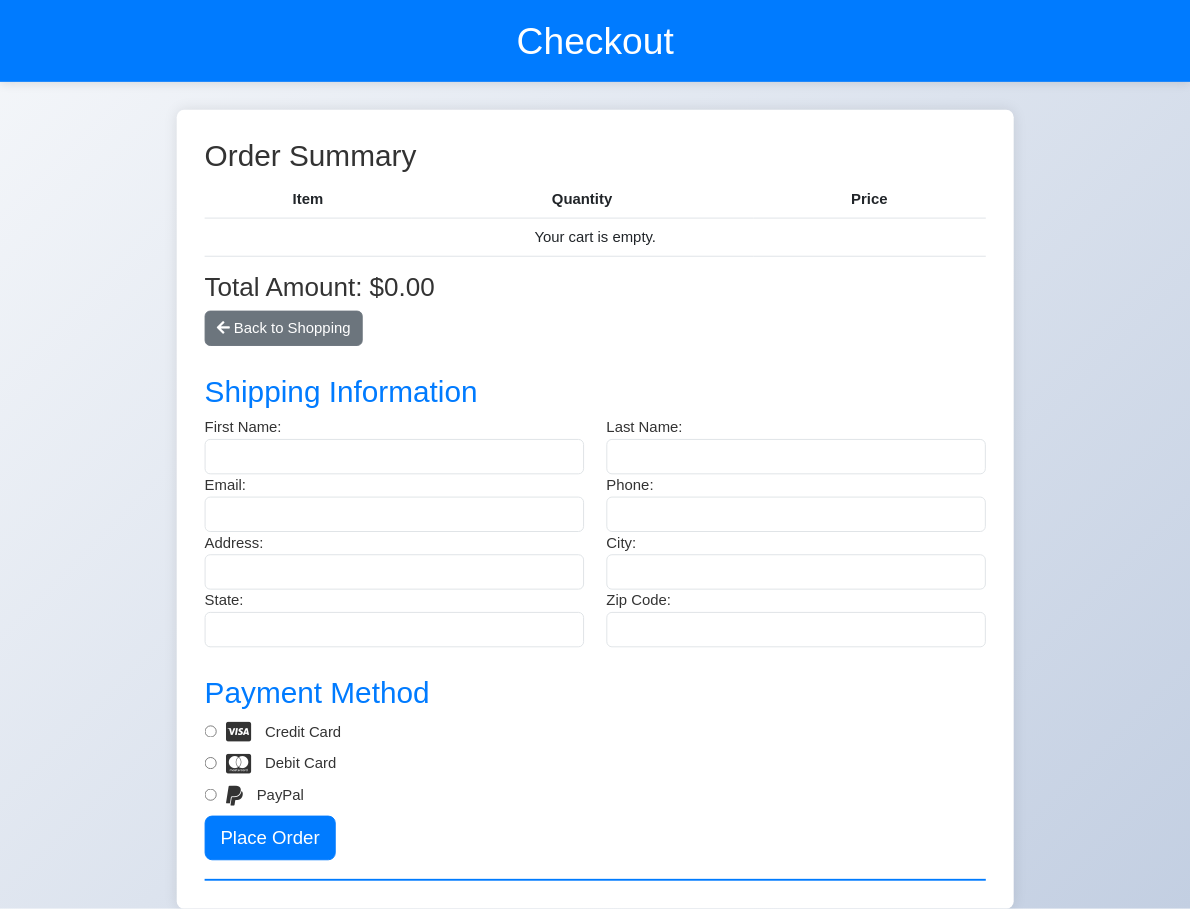
Repository: Masood395/Food-App
Page: http://localhost/FoodApp/checkout.jsp
An editor plug-in stored every save of this project. The page is shown before and after the next save, followed by the edit.
The browser window is 1280 px wide. The pictures show the whole page, at 93% of full size.
The page is served by Tomcat 9. Other server files are loaded and not shown.

Above is the page before, as saved 2024-11-18 17:54:07.

### FoodApp/src/main/webapp/checkout.jsp
<%-- <%@ page language="java" contentType="text/html; charset=UTF-8" pageEncoding="UTF-8"%>
<%@ page import="java.util.*" %>

<!DOCTYPE html>
<html lang="en">
<head>
    <meta charset="UTF-8">
    <title>Checkout</title>
    <link rel="stylesheet" href="https://cdnjs.cloudflare.com/ajax/libs/font-awesome/5.15.4/css/all.min.css">
    <style>
        /* Styling for the checkout form */
        body {
            font-family: 'Arial', sans-serif;
            background: linear-gradient(135deg, #f5f7fa, #c3cfe2);
            color: #333;
            display: flex;
            justify-content: center;
            align-items: center;
            height: 100vh;
            margin: 0;
        }

        .checkout-container {
            background: white;
            padding: 30px;
            border-radius: 10px;
            box-shadow: 0 4px 8px rgba(0, 0, 0, 0.2);
            max-width: 500px;
            width: 100%;
            text-align: center;
        }

        h2 {
            font-size: 2em;
            color: #3B5998;
            margin-bottom: 20px;
        }

        .total-amount {
            font-size: 1.5em;
            color: #FF5722;
            margin-bottom: 20px;
        }

        .payment-form input {
            width: 100%;
            padding: 10px;
            margin: 10px 0;
            border-radius: 5px;
            border: 1px solid #ccc;
            font-size: 1em;
        }

        .pay-button {
            background: #28a745;
            color: white;
            padding: 15px;
            border: none;
            border-radius: 5px;
            cursor: pointer;
            font-size: 1.2em;
            margin-top: 20px;
            transition: background 0.3s ease;
        }

        .pay-button:hover {
            background: #218838;
        }
    </style>
</head>
<body>

<div class="checkout-container">
    <h2>Payment</h2>

    <%
        // Retrieve the total amount from the session
        Double total = (Double) session.getAttribute("cartTotal");
        if (total == null) {
            total = 0.0;
        }
    %>

    <div class="total-amount">Total Amount: $<%= String.format("%.2f", total) %></div>

    <form action="processPayment" method="post" class="payment-form">
        <input type="text" name="cardNumber" placeholder="Card Number" required>
        <input type="text" name="cardName" placeholder="Name on Card" required>
        <input type="text" name="expiryDate" placeholder="Expiry Date (MM/YY)" required>
        <input type="text" name="cvv" placeholder="CVV" required>

        <button type="submit" class="pay-button">Pay $<%= String.format("%.2f", total) %></button>
    </form>
</div>

</body>
</html>
 --%>


















<%@ page language="java" contentType="text/html; charset=UTF-8" pageEncoding="UTF-8"%>
<%@ page import="java.util.*" %>
<%@ page import="com.tap.cartitem.CartItem" %>

<!DOCTYPE html>
<html lang="en">
<head>
    <meta charset="UTF-8">
    <meta name="viewport" content="width=device-width, initial-scale=1.0">
    <title>Checkout</title>

    <!-- Bootstrap 5 CSS -->
    <link href="https://cdn.jsdelivr.net/npm/bootstrap@5.3.0/dist/css/bootstrap.min.css" rel="stylesheet">
    <link href="https://cdnjs.cloudflare.com/ajax/libs/font-awesome/5.15.4/css/all.min.css" rel="stylesheet">

    <style>
        /* General Styling */
        body {
            font-family: 'Arial', sans-serif;
            background: linear-gradient(135deg, #f5f7fa, #c3cfe2);
            color: #333;
        }

        /* Header Styling */
        header {
            background: #007bff;
            color: white;
            padding: 20px;
            text-align: center;
            box-shadow: 0 2px 10px rgba(0, 0, 0, 0.1);
        }

        header h1 {
            margin: 0;
            font-size: 2.5em;
        }

        /* Container for Checkout */
        .container {
            max-width: 900px;
            margin-top: 30px;
            background: white;
            padding: 30px;
            border-radius: 8px;
            box-shadow: 0 0 15px rgba(0, 0, 0, 0.1);
        }

        .table td, .table th {
            text-align: center;
        }

        .form-section h2 {
            color: #007bff;
            margin-top: 30px;
        }

        .form-section {
            padding-bottom: 20px;
            border-bottom: 2px solid #007bff;
        }

        .btn-primary {
            background-color: #007bff;
            border-color: #007bff;
        }

        .btn-primary:hover {
            background-color: #0056b3;
            border-color: #0056b3;
        }

        .btn-back {
            background-color: #6c757d;
            border-color: #6c757d;
            color: white;
        }

        .btn-back:hover {
            background-color: #5a6268;
            border-color: #5a6268;
        }

        .payment-method label {
            display: flex;
            align-items: center;
            margin: 10px 0;
        }

        .payment-method input[type="radio"] {
            margin-right: 10px;
        }

        .payment-method i {
            font-size: 1.5em;
            margin-right: 15px;
        }

        /* Animation */
        .fade-in {
            animation: fadeIn 0.5s ease-in-out;
        }

        @keyframes fadeIn {
            from {
                opacity: 0;
                transform: translateY(20px);
            }
            to {
                opacity: 1;
                transform: translateY(0);
            }
        }

        /* Responsive */
        @media (max-width: 600px) {
            .container {
                padding: 15px;
            }
            header h1 {
                font-size: 2em;
            }
        }
    </style>
</head>
<body>

<header>
    <h1>Checkout</h1>
</header>

<div class="container fade-in">
    <!-- Order Summary -->
    <div class="order-summary">
        <h2>Order Summary</h2>
        <table class="table">
            <thead>
                <tr>
                    <th>Item</th>
                    <th>Quantity</th>
                    <th>Price</th>
                </tr>
            </thead>
            <tbody>
                <%
                    Map<Integer, CartItem> cart = (Map<Integer, CartItem>) session.getAttribute("cart");
                    double totalAmount = 0.0;

                    if (cart != null && !cart.isEmpty()) {
                        for (CartItem item : cart.values()) {
                            double itemTotal = item.getPrice() * item.getQuantity();
                            totalAmount += itemTotal;
                %>
                <tr>
                    <td><%= item.getName() %></td>
                    <td><%= item.getQuantity() %></td>
                    <td>$<%= String.format("%.2f", itemTotal) %></td>
                </tr>
                <%
                        }
                    } else {
                %>
                <tr>
                    <td colspan="3">Your cart is empty.</td>
                </tr>
                <%
                    }
                %>
            </tbody>
        </table>
        <h3>Total Amount: $<%= String.format("%.2f", totalAmount) %></h3>
    </div>

    <!-- Back Button -->
    <div class="mb-3">
        <a href="home.jsp" class="btn btn-back"><i class="fas fa-arrow-left"></i> Back to Shopping</a>
    </div>

    <!-- Shipping Information -->
    <div class="form-section">
        <h2>Shipping Information</h2>
        <form action="placeOrder" method="post">
            <div class="row">
                <div class="col-md-6">
                    <label for="firstName">First Name:</label>
                    <input type="text" id="firstName" name="firstName" class="form-control" required>
                </div>
                <div class="col-md-6">
                    <label for="lastName">Last Name:</label>
                    <input type="text" id="lastName" name="lastName" class="form-control" required>
                </div>
            </div>

            <div class="row">
                <div class="col-md-6">
                    <label for="email">Email:</label>
                    <input type="email" id="email" name="email" class="form-control" required>
                </div>
                <div class="col-md-6">
                    <label for="phone">Phone:</label>
                    <input type="tel" id="phone" name="phone" class="form-control" required>
                </div>
            </div>

            <div class="row">
                <div class="col-md-6">
                    <label for="address">Address:</label>
                    <input type="text" id="address" name="address" class="form-control" required>
                </div>
                <div class="col-md-6">
                    <label for="city">City:</label>
                    <input type="text" id="city" name="city" class="form-control" required>
                </div>
            </div>

            <div class="row">
                <div class="col-md-6">
                    <label for="state">State:</label>
                    <input type="text" id="state" name="state" class="form-control" required>
                </div>
                <div class="col-md-6">
                    <label for="zip">Zip Code:</label>
                    <input type="text" id="zip" name="zip" class="form-control" required>
                </div>
            </div>

            <!-- Payment Method -->
            <h2>Payment Method</h2>
            <div class="payment-method">
                <label>
                    <input type="radio" name="paymentMethod" value="creditCard" required>
                    <i class="fab fa-cc-visa"></i> Credit Card
                </label>
                <label>
                    <input type="radio" name="paymentMethod" value="debitCard">
                    <i class="fab fa-cc-mastercard"></i> Debit Card
                </label>
                <label>
                    <input type="radio" name="paymentMethod" value="paypal">
                    <i class="fab fa-paypal"></i> PayPal
                </label>
            </div>

            <input type="hidden" name="totalAmount" value="<%= String.format("%.2f", totalAmount) %>">
            <button type="submit" class="btn btn-primary btn-lg">Place Order</button>
        </form>
    </div>
</div>

<!-- Bootstrap 5 JS -->
<script src="https://cdn.jsdelivr.net/npm/bootstrap@5.3.0/dist/js/bootstrap.bundle.min.js"></script>

</body>
</html>

After the next save:
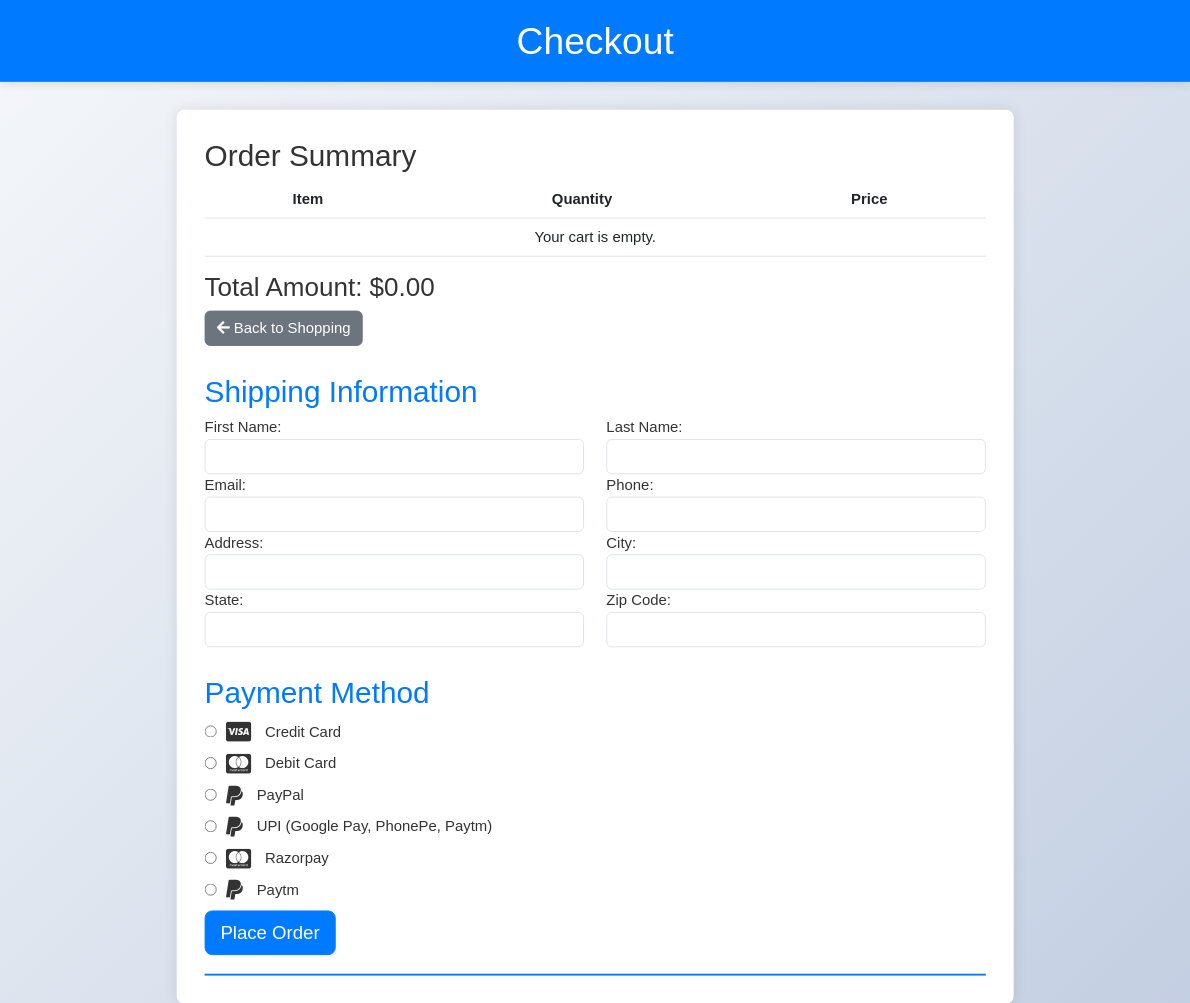
Saved 2 min 11 s later.
--- a/FoodApp/src/main/webapp/checkout.jsp
+++ b/FoodApp/src/main/webapp/checkout.jsp
@@ -1,119 +1,3 @@
-<%-- <%@ page language="java" contentType="text/html; charset=UTF-8" pageEncoding="UTF-8"%>
-<%@ page import="java.util.*" %>
-
-<!DOCTYPE html>
-<html lang="en">
-<head>
-    <meta charset="UTF-8">
-    <title>Checkout</title>
-    <link rel="stylesheet" href="https://cdnjs.cloudflare.com/ajax/libs/font-awesome/5.15.4/css/all.min.css">
-    <style>
-        /* Styling for the checkout form */
-        body {
-            font-family: 'Arial', sans-serif;
-            background: linear-gradient(135deg, #f5f7fa, #c3cfe2);
-            color: #333;
-            display: flex;
-            justify-content: center;
-            align-items: center;
-            height: 100vh;
-            margin: 0;
-        }
-
-        .checkout-container {
-            background: white;
-            padding: 30px;
-            border-radius: 10px;
-            box-shadow: 0 4px 8px rgba(0, 0, 0, 0.2);
-            max-width: 500px;
-            width: 100%;
-            text-align: center;
-        }
-
-        h2 {
-            font-size: 2em;
-            color: #3B5998;
-            margin-bottom: 20px;
-        }
-
-        .total-amount {
-            font-size: 1.5em;
-            color: #FF5722;
-            margin-bottom: 20px;
-        }
-
-        .payment-form input {
-            width: 100%;
-            padding: 10px;
-            margin: 10px 0;
-            border-radius: 5px;
-            border: 1px solid #ccc;
-            font-size: 1em;
-        }
-
-        .pay-button {
-            background: #28a745;
-            color: white;
-            padding: 15px;
-            border: none;
-            border-radius: 5px;
-            cursor: pointer;
-            font-size: 1.2em;
-            margin-top: 20px;
-            transition: background 0.3s ease;
-        }
-
-        .pay-button:hover {
-            background: #218838;
-        }
-    </style>
-</head>
-<body>
-
-<div class="checkout-container">
-    <h2>Payment</h2>
-
-    <%
-        // Retrieve the total amount from the session
-        Double total = (Double) session.getAttribute("cartTotal");
-        if (total == null) {
-            total = 0.0;
-        }
-    %>
-
-    <div class="total-amount">Total Amount: $<%= String.format("%.2f", total) %></div>
-
-    <form action="processPayment" method="post" class="payment-form">
-        <input type="text" name="cardNumber" placeholder="Card Number" required>
-        <input type="text" name="cardName" placeholder="Name on Card" required>
-        <input type="text" name="expiryDate" placeholder="Expiry Date (MM/YY)" required>
-        <input type="text" name="cvv" placeholder="CVV" required>
-
-        <button type="submit" class="pay-button">Pay $<%= String.format("%.2f", total) %></button>
-    </form>
-</div>
-
-</body>
-</html>
- --%>
-
-
-
-
-
-
-
-
-
-
-
-
-
-
-
-
-
-
 <%@ page language="java" contentType="text/html; charset=UTF-8" pageEncoding="UTF-8"%>
 <%@ page import="java.util.*" %>
 <%@ page import="com.tap.cartitem.CartItem" %>
@@ -354,6 +238,18 @@
                     <input type="radio" name="paymentMethod" value="paypal">
                     <i class="fab fa-paypal"></i> PayPal
                 </label>
+                <label>
+                    <input type="radio" name="paymentMethod" value="upi">
+                    <i class="fab fa-paypal"></i> UPI (Google Pay, PhonePe, Paytm)
+                </label>
+                <label>
+                    <input type="radio" name="paymentMethod" value="razorpay">
+                    <i class="fab fa-cc-mastercard"></i> Razorpay
+                </label>
+                <label>
+                    <input type="radio" name="paymentMethod" value="paytm">
+                    <i class="fab fa-paypal"></i> Paytm
+                </label>
             </div>
 
             <input type="hidden" name="totalAmount" value="<%= String.format("%.2f", totalAmount) %>">
